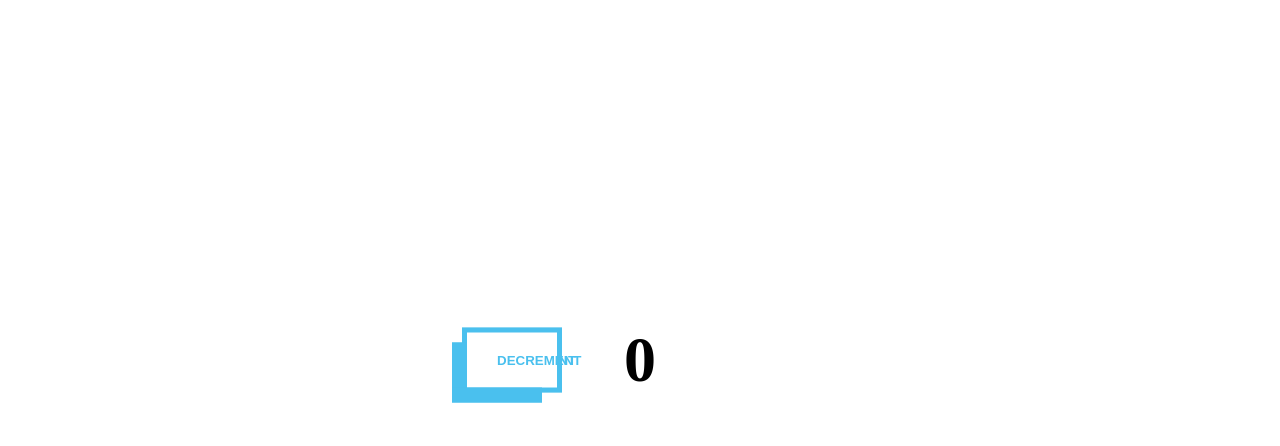
Repository: Ellisvelandia/react_introduction_test
Page: /
An editor plug-in stored every save of this project. The page is shown before and after a run of saves, followed by the edit.
The browser window is 1280 px wide. The pictures show the whole page.
The project was rebuilt for these pictures with package versions that can differ from the ones it lists, and the page was loaded fresh each time. Also part of the build but not shown: src/index.css.

Above is the page before, as saved 2022-08-15 20:01:51.

### src/App.js
import "./App.scss";
import React, { useState } from "react";

const App = () => {
  const [num, changeNum] = useState(0);

  const incrementNum = () => {
    changeNum(num + 2);
  };

  const decrementNum = () => {
    if (num - 1 < 0) {
      alert(`you can't decrease than 0`);
    } else {
      changeNum(num - 2);
    }
  };

  return (
    <>
      <div className="container">
        <h1>{num}</h1>
        <button className="button_I" onClick={incrementNum}>Increment</button>
        <button className="button_D" onClick={decrementNum}>Decrement</button>
      </div>
    </>
  );
};

export default App;

### src/App.scss
* {
  margin: 0;
  padding: 0;
  box-sizing: border-box;
}

body {
  width: 100%;
  height: 100vh;
  display: flex;
  justify-content: center;
  align-items: center;
  flex-direction: column;
}

.container {
  align-self: center;
}

h1 {
  text-align: center;
  font-size: 4rem;
}

// button {
//   font-size: 1rem;
//   margin: 5px;
//   font-family: "Lato", sans-serif;
//   font-weight: 300;
//   letter-spacing: 1px;
//   font-weight: bold;
// }

#button_D {
  left: 60%;
}

.button_I,
.button_D {
  position: absolute;
  left: 40%;
  top: 50%;
  transform: translateX(-50%) translateY(-50%);

  background: #fff;
  width: 100px;
  padding: 20px 30px;

  border: 5px solid #4ac0ee;
  color: #4ac0ee;
  font-weight: bold;
  text-transform: uppercase;
  text-align: center;

  z-index: 2;
  transition: all 0.15s 0.15s ease-out;

  &:after,
  &:before {
    position: absolute;
    width: 100%;
    max-width: 100%;
    top: 100%;
    left: 0;
    bottom: -10px;
    content: "";
    z-index: 1;
    transition: all 0.15s 0.15s ease-out;
  }

  &:before {
    background: #4ac0ee;
    top: 10px;
    left: -15px;
    height: 100%;
    width: 15px;
  }

  &:after {
    width: 100%;
    background: #4ac0ee;
    right: 0px;
    left: -15px;
    height: 15px;
  }

  &:hover {
    background: #4ac0ee;
    color: #fff;
    margin-left: -7.5px;
    margin-bottom: -7.5px;

    &:after,
    &:before {
      top: 100%;
      left: 0;
      bottom: 0px;
    }

    &:before {
      top: 0px;
      left: 0px;
      width: 0px;
    }

    &:after {
      right: 0px;
      left: 0px;
      height: 0px;
    }
  }
}

Loaded but not shown: public/index.html (common file); src/index.js (common file); src/reportWebVitals.js (common file)

After the next 4 saves:
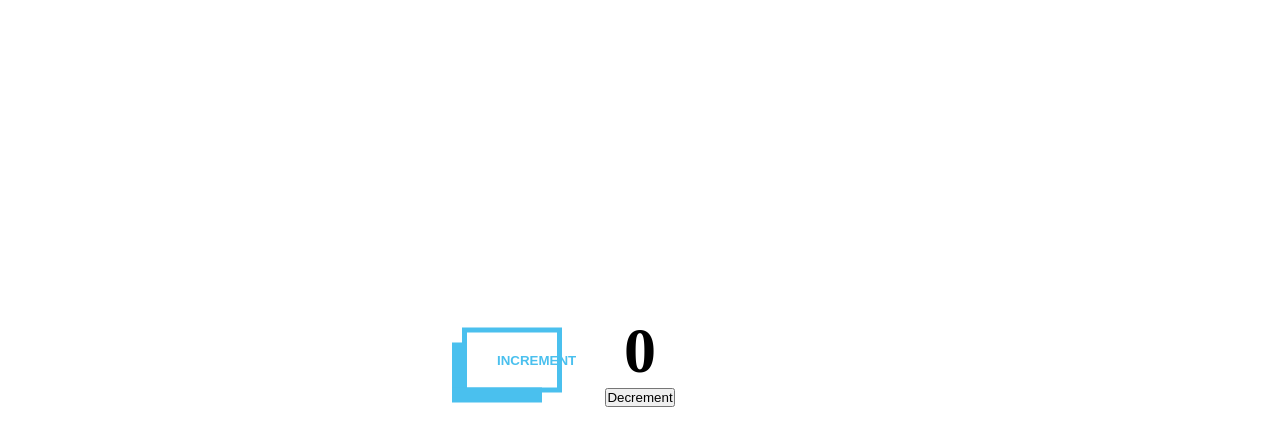
The 4 saves are shown as one change because they came seconds apart.
The last was saved 14 s later.
--- a/src/App.js
+++ b/src/App.js
@@ -20,8 +20,12 @@
     <>
       <div className="container">
         <h1>{num}</h1>
-        <button className="button_I" onClick={incrementNum}>Increment</button>
-        <button className="button_D" onClick={decrementNum}>Decrement</button>
+        <button className="button_I" onClick={incrementNum}>
+          Increment
+        </button>
+        <button id="button_D" onClick={decrementNum}>
+          Decrement
+        </button>
       </div>
     </>
   );

After the save that followed:
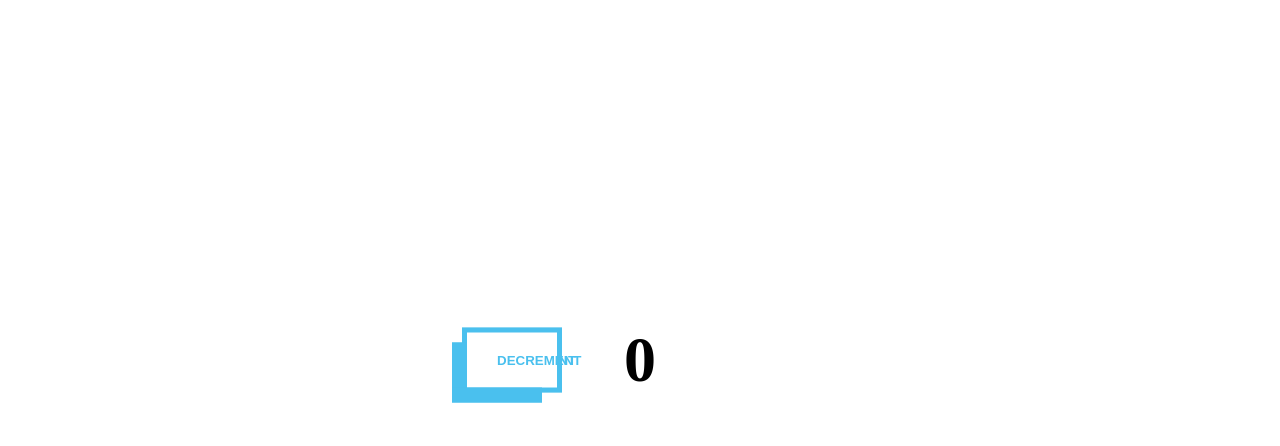
Saved 23 s later.
--- a/src/App.js
+++ b/src/App.js
@@ -20,12 +20,8 @@
     <>
       <div className="container">
         <h1>{num}</h1>
-        <button className="button_I" onClick={incrementNum}>
-          Increment
-        </button>
-        <button id="button_D" onClick={decrementNum}>
-          Decrement
-        </button>
+        <button className="button_I" onClick={incrementNum}>Increment</button>
+        <button className="button_D" onClick={decrementNum}>Decrement</button>
       </div>
     </>
   );
